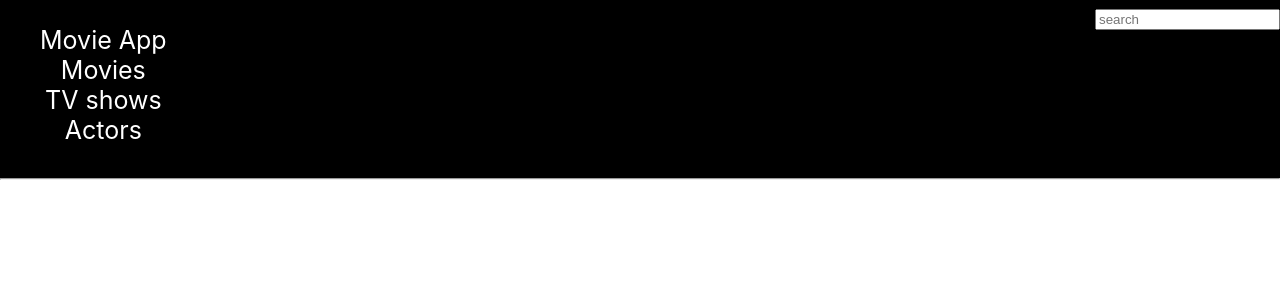
Repository: manahiang/MovieMana
Page: / (app in src/)
These files come from the project's save history. The page is drawn as it stood at one moment and after a run of saves; the edit follows.
The browser window is 1280 px wide. The pictures show the whole page.
The project was rebuilt for these pictures with package versions that can differ from the ones it lists, and the page was loaded fresh each time. Also part of the build but not shown: src/src/App.css.

Above is the page before, as saved 2022-11-14 10:41:34.

### src/src/index.css
body {
  margin: 0;
  font-family: -apple-system, BlinkMacSystemFont, 'Segoe UI', 'Roboto', 'Oxygen',
    'Ubuntu', 'Cantarell', 'Fira Sans', 'Droid Sans', 'Helvetica Neue',
    sans-serif;
  -webkit-font-smoothing: antialiased;
  -moz-osx-font-smoothing: grayscale;
  color: white;
}
.header{
  width: 100%;
  height: 100%;
  background-color: black;;
}
.navbar{
  display: flex;
  justify-content: space-between;
  font-size: 25px;
}
.menu ul li{
  display: flex;
  align-items: center;
  justify-content: center;
}

### src/src/App.js
//import logo from './logo.svg';
import './App.css';
import  MoiveMana from'./movieMana'

function App() {
  return (
  <MoiveMana/>
  );
}

export default App;

### src/src/movieMana.js
import'./index.css'
function MoiveMana(){
    return(
        <div className="header">
            <div className="navbar">
                <div className="menu">
                    <ul>
                        <li>Movie App</li>
                        <li><a hreft="#">Movies</a></li>
                        <li><a hreft="#">TV shows</a></li>
                        <li><a hreft="#">Actors</a></li>
                    </ul>
                </div>
                <div className="search">
                    <input type="text" placeholder="search"/>
                </div>
            </div>
            <hr/>
        </div>
    )
}
export default MoiveMana;

Loaded but not shown: src/public/index.html (common file); src/src/index.js (common file); src/src/reportWebVitals.js (common file)

After the next 4 saves:
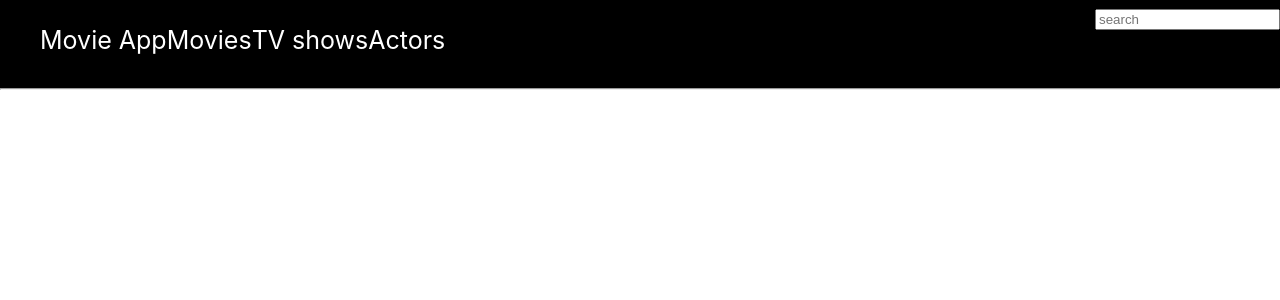
The 4 saves are shown as one change because they came seconds apart.
The last was saved 14 s later.
--- a/src/src/index.css
+++ b/src/src/index.css
@@ -18,7 +18,7 @@
   font-size: 25px;
 }
 .menu ul li{
-  display: flex;
+  display: inline-block;
   align-items: center;
   justify-content: center;
 }

After the save that followed:
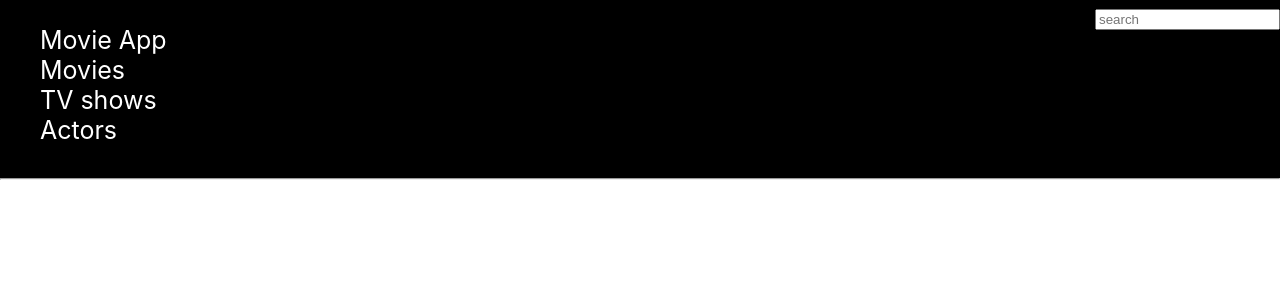
Saved 20 s later.
--- a/src/src/index.css
+++ b/src/src/index.css
@@ -18,7 +18,7 @@
   font-size: 25px;
 }
 .menu ul li{
-  display: inline-block;
+  display: block;
   align-items: center;
   justify-content: center;
 }
